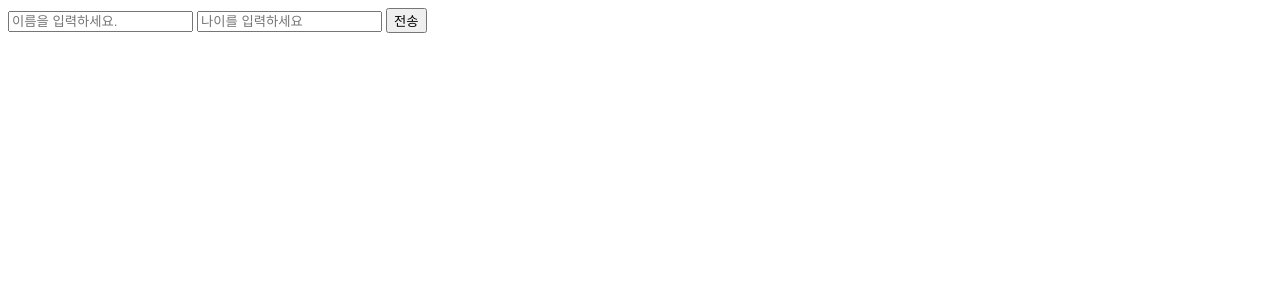
Repository: cutekang/jsp_study
Page: http://localhost/servlet/food-list.jsp
An editor plug-in stored every save of this project. The page is shown before and after the next save, followed by the edit.
The browser window is 1280 px wide. The pictures show the whole page.
The page is served by Tomcat 9. Other server files are loaded and not shown.

Above is the page before, as saved 2025-03-05 02:25:23.

### servlet/src/main/webapp/food-list.jsp
<%@ page language="java" contentType="text/html; charset=UTF-8"
    pageEncoding="UTF-8"%>
<!DOCTYPE html>
<html>
<head>
<meta charset="UTF-8">
<title>음식 리스트</title>
</head>
<body>

<!--
	두 수를 입력 받고, 두 수를 더한 결과값이 홀수인지 짝수인지
	서블릿을 통해 응답해주는 페이지 구현
	단, 두 수는 모두 유효성 검사가 필요하다.
-->

	<form method="post" action="home">
      <input name='name' placeholder="이름을 입력하세요." />
      <input name='age' placeholder="나이를 입력하세요" />
      <button id='submit-button' type='button'>전송</button>
   </form>

</body>
</html>

After the next save:
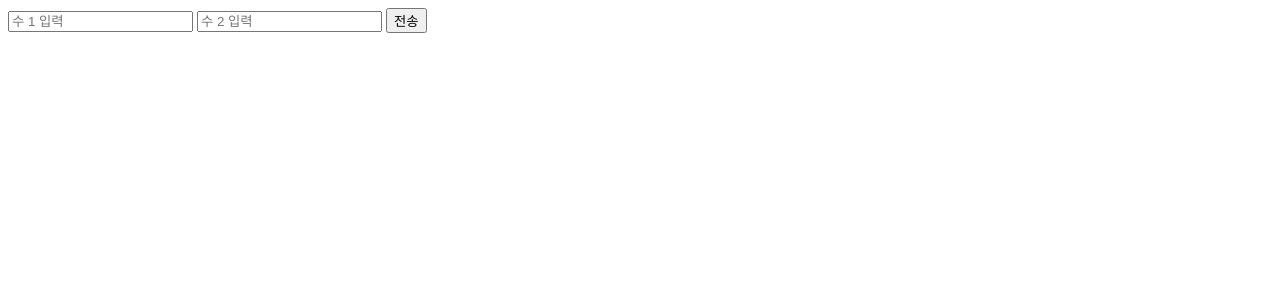
Saved 40 s later.
--- a/servlet/src/main/webapp/food-list.jsp
+++ b/servlet/src/main/webapp/food-list.jsp
@@ -15,8 +15,8 @@
 -->
 
 	<form method="post" action="home">
-      <input name='name' placeholder="이름을 입력하세요." />
-      <input name='age' placeholder="나이를 입력하세요" />
+      <input name='num1' placeholder="수 1 입력" />
+      <input name='num2' placeholder="수 2 입력" />
       <button id='submit-button' type='button'>전송</button>
    </form>
 
